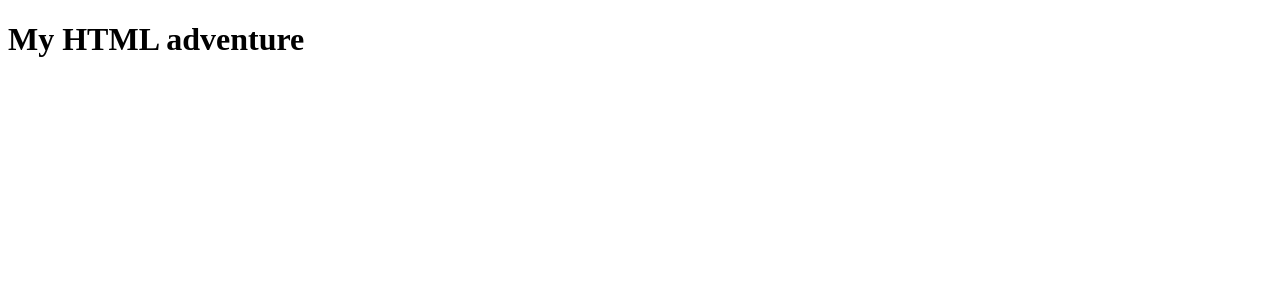
Repository: annferracane/phase-0-the-dom-editing-lab
Page: index.html
An editor plug-in stored every save of this project. The page is shown before and after a run of saves, followed by the edit.
The browser window is 1280 px wide. The pictures show the whole page.

Above is the page before, as saved 2022-11-11 10:19:10.

After the next 2 saves:
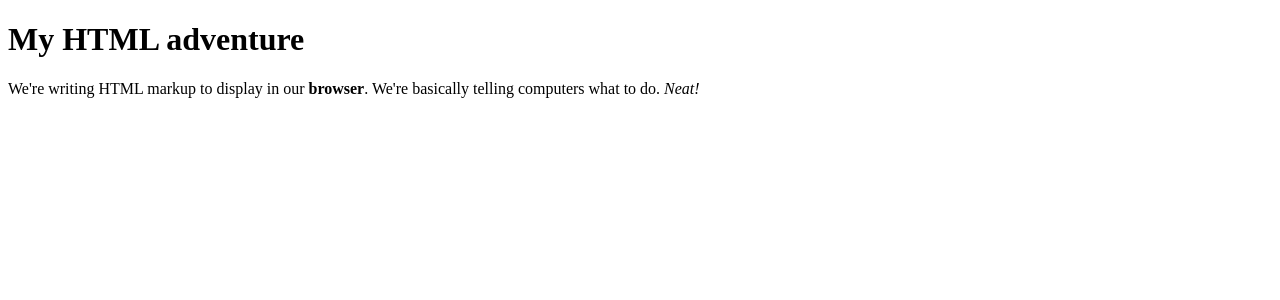
The 2 saves are shown as one change because they came seconds apart.
The last was saved 27 s later.
--- a/index.html
+++ b/index.html
@@ -10,5 +10,9 @@
   <body>
     <!--All our work for this lesson will go here-->
     <h1>My HTML adventure</h1>
+    <p>
+        We're writing HTML markup to display in our <strong>browser</strong>. We're
+        basically telling computers what to do. <em>Neat!</em>
+    </p>
   </body>
 </html>
